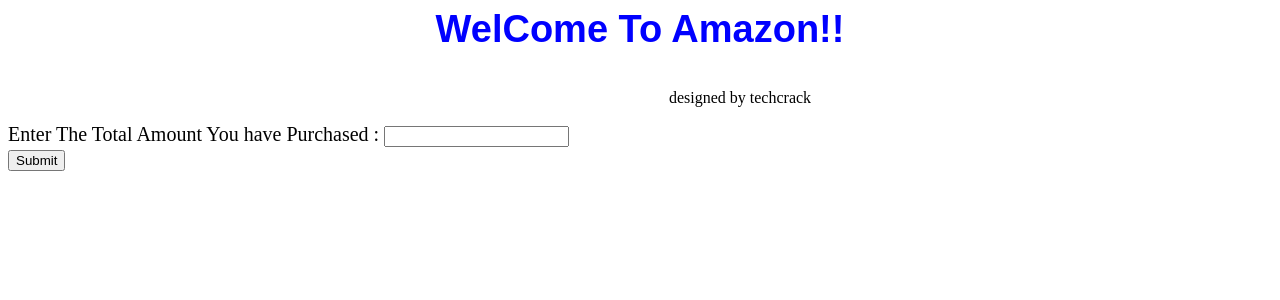
Repository: KavinAdithya/Servlet-JSP
Page: AmazonSale/src/main/webapp/WebPage.html
The author's editor kept a copy of each file at every save. The page is drawn from the files as they stood at one save, then again after the next save.
The browser window is 1280 px wide. The pictures show the whole page.

Above is the page before, as saved 2024-03-17 02:12:19.

### AmazonSale/src/main/webapp/WebPage.html
<!DOCTYPE html>
<html>
	<head>
		<meta charset="ISO-8859-1">
		<title>
			AmazonShop.tech
		</title>
		<link rel="stylesheet" href="WebPageStyle.css">
	</head>
	<body>
		<p class="amazon-para">
			WelCome To Amazon!!
		</p>
		<p class="design-para">
				designed by techcrack
		</p>
		<form action="amazon" method="post" class="amount-para">
			Enter The Total Amount You have Purchased : <input type="text" name="amount"><br>
			<input type="submit">
		</form>
	</body>
</html>

### AmazonSale/src/main/webapp/WebPageStyle.css
@charset "ISO-8859-1";
.amazon-para{
	color:rgb(0, 0, 255);
	text-align:center;
	margin-top:0;
	font-size:38px;
	font-family:Arial;
	font-weight:bold;
}
.design-para{
	padding-left:200px;
	text-align:center;
}
.amount-para{
	font-size:20px;
}

After the next save:
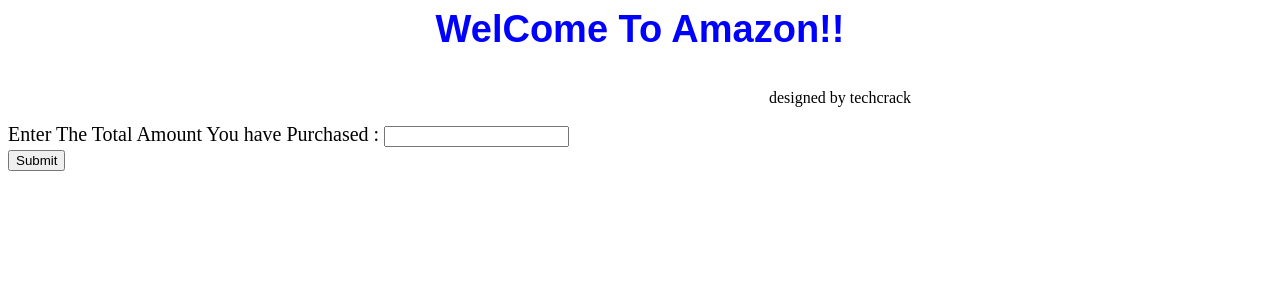
Saved 29 s later.
--- a/AmazonSale/src/main/webapp/WebPageStyle.css
+++ b/AmazonSale/src/main/webapp/WebPageStyle.css
@@ -8,7 +8,7 @@
 	font-weight:bold;
 }
 .design-para{
-	padding-left:200px;
+	padding-left:400px;
 	text-align:center;
 }
 .amount-para{
